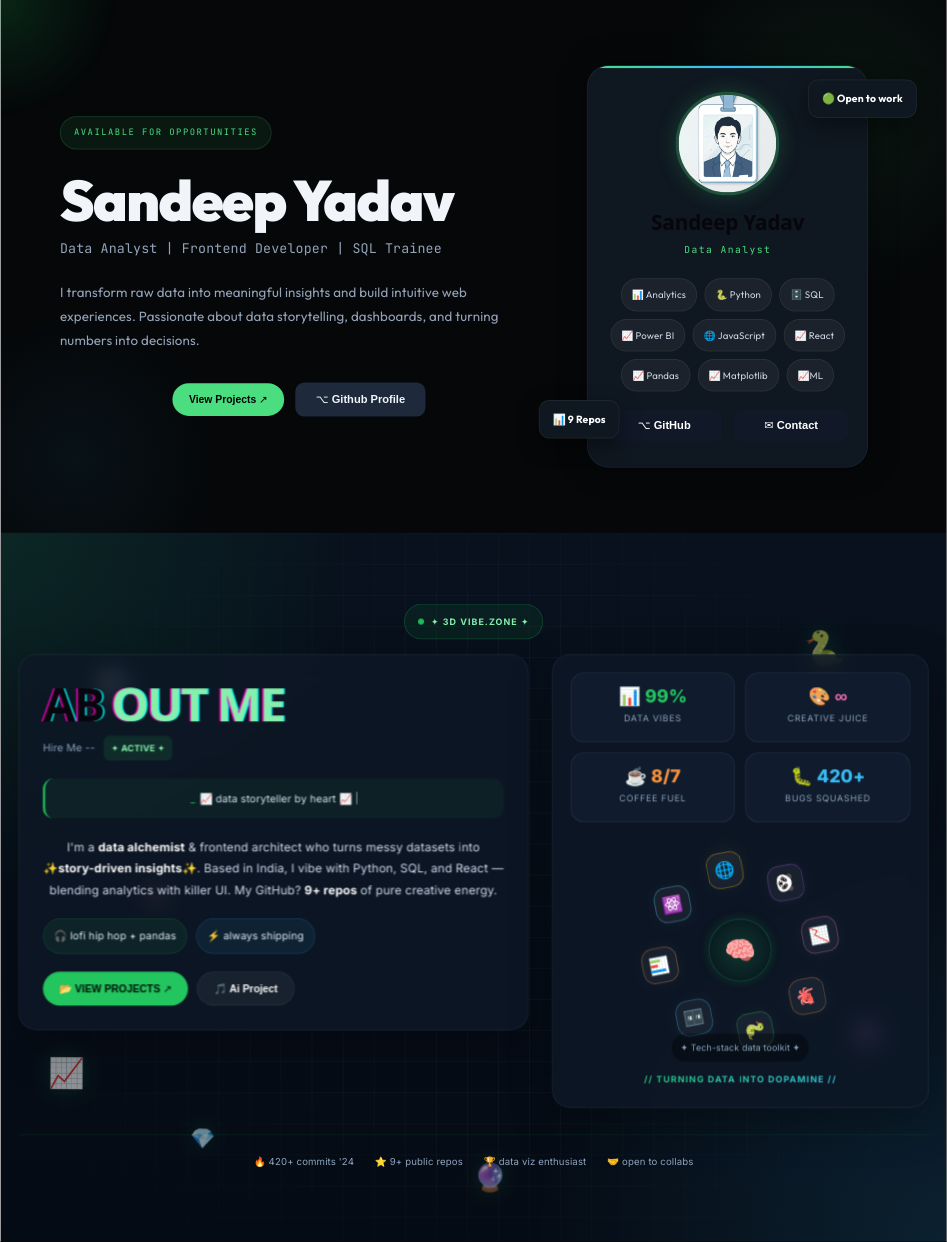
Repository: SandeepYadav18717/sandeepyadav
Page: / (app in Datanaltics_ portfolio/)
An editor plug-in stored every save of this project. The page is shown before and after the next save, followed by the edit.
The browser window is 1280 px wide. The pictures show the whole page, at 74% of full size.
The project was rebuilt for these pictures with package versions that can differ from the ones it lists, and the page was loaded fresh each time. Also part of the build but not shown: Datanaltics_ portfolio/vite.config.js, Datanaltics_ portfolio/src/App.css.

Above is the page before, as saved 2026-05-23 08:30:51.

After the next save:
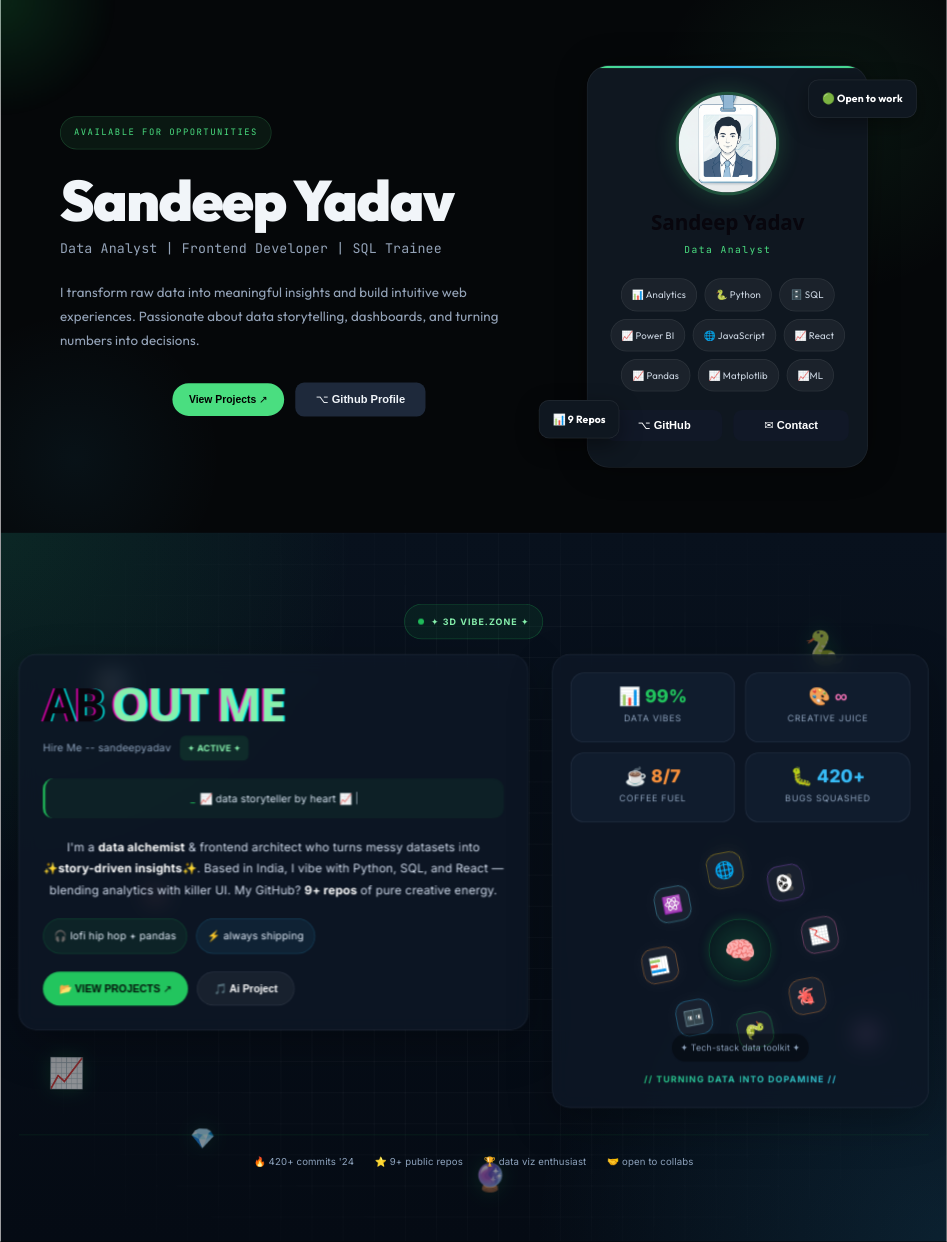
Saved 4 s later.
--- a/Datanaltics_ portfolio/src/pages/About.jsx
+++ b/Datanaltics_ portfolio/src/pages/About.jsx
@@ -102,7 +102,7 @@ const About = () => {
               </h2>
 
               <div className="terminal-line">
-                <span>Hire Me --</span>
+                <span>Hire Me -- sandeepyadav</span>
                 <span className="status-badge">✦ ACTIVE ✦</span>
               </div>
             </div>
